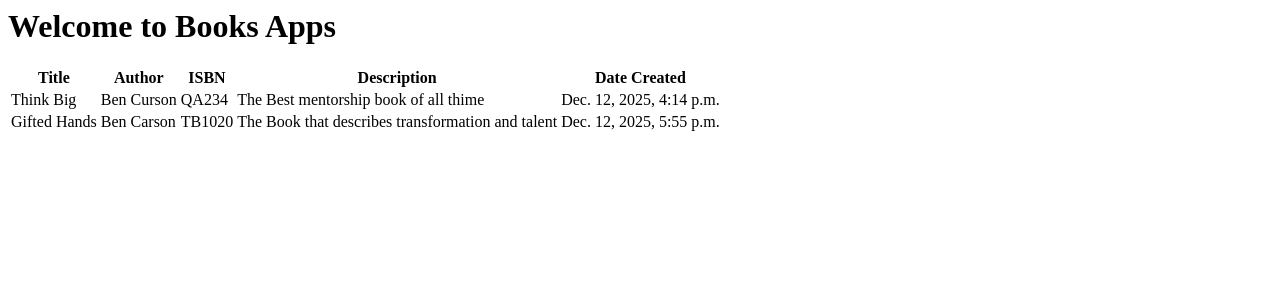
Repository: Mbote-Joseph/Django-Recap
Page: http://localhost/books
These files come from the project's save history. The page is drawn as it stood at one moment and after the next save; the edit follows.
The browser window is 1280 px wide. The pictures show the whole page.
The page is served by the project's application, run on Django 5.2 (manage.py). The first stored user is signed in. The page reads the database file committed with the project.

Above is the page before, as saved 2025-12-12 20:32:58.

After the next save:
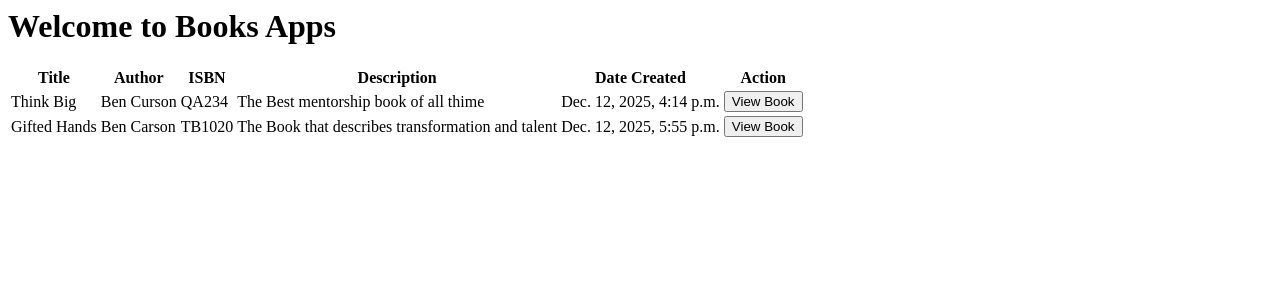
Saved 99 s later.
--- a/smartnotes/books/templates/books/index.html
+++ b/smartnotes/books/templates/books/index.html
@@ -12,6 +12,7 @@
                 <th> ISBN </th>
                 <th> Description </th>
                 <th> Date Created </th>
+                <th> Action </th>
             </tr>
         {% for book in books %}
             <tr>
@@ -20,6 +21,7 @@
                 <td> {{book.isbn}} </td>
                 <td> {{book.description}}</td>
                 <td> {{book.created}} </td>
+                <td> <button> View Book </button> </td>
             </tr>
         {% endfor %}
         </table>
